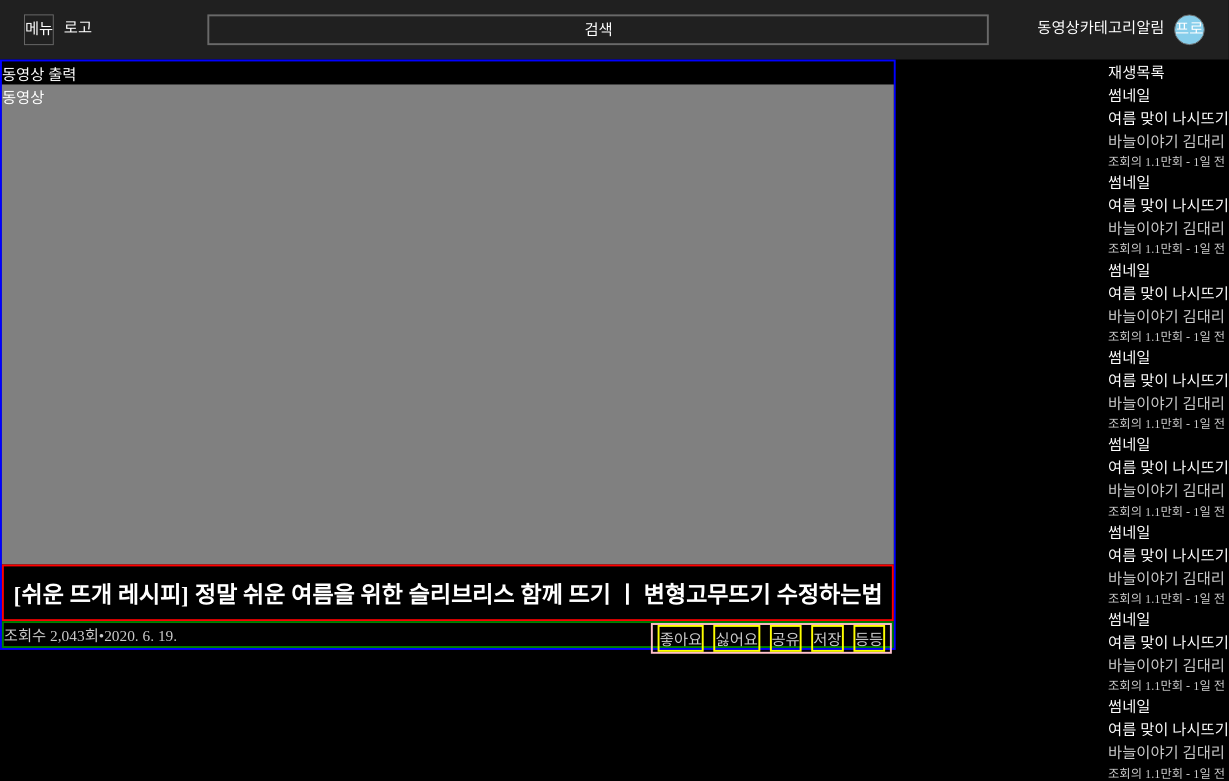
Repository: roseline0912/LikeLion
Page: YouTube_Clone/youtube.html
The author's editor kept a record of every edit. The page is drawn from the files as they stood at one moment, then again after the next edit.
The browser window is 1280 px wide. The pictures show the whole page, at 96% of full size.

Above is the page before.

### YouTube_Clone/youtube.html
<!DOCTYPE html>
<html lang="en">
<head>
    <meta charset="UTF-8">
    <meta name="viewport" content="width=device-width, initial-scale=1.0">
    <meta http-equiv="X-UA-Compatible" content="ie=edge">
    <link rel="stylesheet" href="youtube.css" type="text/css" />
    <title>My YouTube</title>
</head>
<body>
    <nav class="nav-global">
        <div class="nav-item">메뉴</div>
        <div class="nav-logo">로고</div>
        <div class="nav-search">검색</div>
        <div class="nav-video">동영상</div>
        <div class="nav-category">카테고리</div>
        <div class="nav-alarm">알림</div>
        <div class="nav-profile nav-item">프로필</div>
    </nav>

    <div class="container">
    <section class="left-section">동영상 출력
    <div class="video-area">동영상</div>
    <div class="video-title">[쉬운 뜨개 레시피] 정말 쉬운 여름을 위한 슬리브리스 함께 뜨기 ㅣ 변형고무뜨기 수정하는법</div>
    <div class="video-info">
        <div class="video-viewcount">조회수 2,043회•2020. 6. 19.</div>
        <div class="video-info_btn_container">
            <div class="btn-like">좋아요</div>
            <div class="btn-hate">싫어요</div>
            <div class="btn-share">공유</div>
            <div class="btn-save">저장</div>
            <div class="btn-etc">등등</div>
        </div>
    </div>
    </section>

    <section class="right-section">재생목록
    <div class="list-item">
        <div class="list-thumbnail">썸네일</div>
        <div class="list-title">여름 맞이 나시뜨기</div>
        <div class="list-author">바늘이야기 김대리</div>
        <div class="list-info">조회의 1.1만회 - 1일 전</div>
    </div>
    <div class="list-item">
        <div class="list-thumbnail">썸네일</div>
        <div class="list-title">여름 맞이 나시뜨기</div>
        <div class="list-author">바늘이야기 김대리</div>
        <div class="list-info">조회의 1.1만회 - 1일 전</div>
    </div>
    <div class="list-item">
        <div class="list-thumbnail">썸네일</div>
        <div class="list-title">여름 맞이 나시뜨기</div>
        <div class="list-author">바늘이야기 김대리</div>
        <div class="list-info">조회의 1.1만회 - 1일 전</div>
    </div>
    <div class="list-item">
        <div class="list-thumbnail">썸네일</div>
        <div class="list-title">여름 맞이 나시뜨기</div>
        <div class="list-author">바늘이야기 김대리</div>
        <div class="list-info">조회의 1.1만회 - 1일 전</div>
    </div>
    <div class="list-item">
        <div class="list-thumbnail">썸네일</div>
        <div class="list-title">여름 맞이 나시뜨기</div>
        <div class="list-author">바늘이야기 김대리</div>
        <div class="list-info">조회의 1.1만회 - 1일 전</div>
    </div>
    <div class="list-item">
        <div class="list-thumbnail">썸네일</div>
        <div class="list-title">여름 맞이 나시뜨기</div>
        <div class="list-author">바늘이야기 김대리</div>
        <div class="list-info">조회의 1.1만회 - 1일 전</div>
    </div>
    <div class="list-item">
        <div class="list-thumbnail">썸네일</div>
        <div class="list-title">여름 맞이 나시뜨기</div>
        <div class="list-author">바늘이야기 김대리</div>
        <div class="list-info">조회의 1.1만회 - 1일 전</div>
    </div>
    <div class="list-item">
        <div class="list-thumbnail">썸네일</div>
        <div class="list-title">여름 맞이 나시뜨기</div>
        <div class="list-author">바늘이야기 김대리</div>
        <div class="list-info">조회의 1.1만회 - 1일 전</div>
    </div>
    </section>
    </div>
</body>
</html>

### YouTube_Clone/youtube.css
body{
    background-color:black;
    color:white;
    margin:0;
}

.nav-global{
    display:flex;
    background-color:#202020;
    padding:15px;
}

.nav-search{
    flex:1;   /*다른 태그들이 차지하는 공간을 제외하고 모든 공간을 차지함.*/
    border:2px solid dimgray;
    margin: 0 50px;
    text-align:center;
}

.nav-item, nav-logo{
    border:1px solid dimgray;
}

.nav-item{
    margin:0 10px;
}

.nav-logo{
    width:100px;
}

.nav-profile{
    width:30px;
    height:30px;
    border-radius:50%; /*일반적으로 원을 만들때는 정사각형을 만들고 radius 50%를 사용합니다.*/
    background-color:skyblue;
    overflow:hidden; /*얘는 우리가 정해놓은 사이즈를 내부 내용이 넘어가면 숨기겠다라는 속성입니다. 이 외에도 scroll도있습니다*/
}

.container .left-section{
    border: 2px solid blue;
    display: inline-block;
    /*width: 28%;*/
    min-height:600px;
    flex:6;
}

.container .right-section{
    float: right;
    flex:4;
}

.video-area{
    height:500px;
    background-color:grey;
}

.video-title{
    border:2px solid red;
    padding:10px;
    font-weight:bold;
    font-size:1.5rem;
}

.video-info{
    border:2px solid green;
    color:#ccc;     /* viedo_info클래스 밑에 있는 클래스들은 모두 글자색이 회색이므로
                    상위 클래스에 속성을 부여해 하위 클래스까지 영향을 주도록했습니다.*/

    display: flex;   /*이렇게 작성을 해주면 하위 div가 block이지만 우리들 마음대로 다루기 편해집니다.*/

    position: relative; /*기준점이 videoinfo박스(초록색박스)가 되므로 relative설정을 해줍니다.*/
}

.view-viewcount{
    border:2px solid yellow;
}

.video-info_btn_container{
    border: 2px solid pink;
    display: flex;

    position: absolute; /*btn container를 info box기준으로 오른쪽에 위치시키기위해 absolute속성을 이용했습니다.*/
    right:0;
    top:0;


}

.video-info_btn_container div{
    margin:0 5px;
    border:2px solid yellow;
}

.list_item div {
    border:green 1px solid;  /*임시 border를 만들어서 보기편하게 해줍니다.*/
}
.list_item{
    padding:10px;         /*listing되는 item들은 안쪽으로 여백이 있으니 padding값을 줍니다.*/
}
.list_thumbnail{
    height:100px;        /*사진의 높이는 100px정도로 잡고*/
    width: 40%;          /*넓이를 right_section기준 40%로 잡아줍니다.(반응형을 위해)*/
    background-color: grey; /*grey 배경색을 깔아주고*/
    float: left;            /*위에서 사용했던 float속성을 이용해서 썸네일이 왼쪽에 둥 떠있게 해줍니다.*/
    display: inline-block;  /*그리고 한줄에 여러개의 요소가 들어오므로 inline-block*/
    margin-right: 10px;     /*썸네일과 오른쪽 정보간의 간격 10px만큼줬습니다.*/
}
.list_title{
    font-weight: bold;    /*제목은 두껍게 처리를 해주었습니다.*/
    width:55%;            /*그리고 썸네일이 쓰고 남은 section기준 width 60%중에서 여유롭게 55%만 차지하도록 해줍니다.*/
    display: inline-block;  /*썸에일 오른쪽에 제목이 위치해야 하므로 inline-block*/

}
.list-author{
    color:#ccc;      /*작성자의 색깔은 회색입니다.*/
}
.list-info{
    font-size:0.8rem;   /*조회수 및 게시일은 작성자보다 조금 작은 0.8배로 크기를 지정했습니다.*/
    color:#ccc;
}

After the next edit:
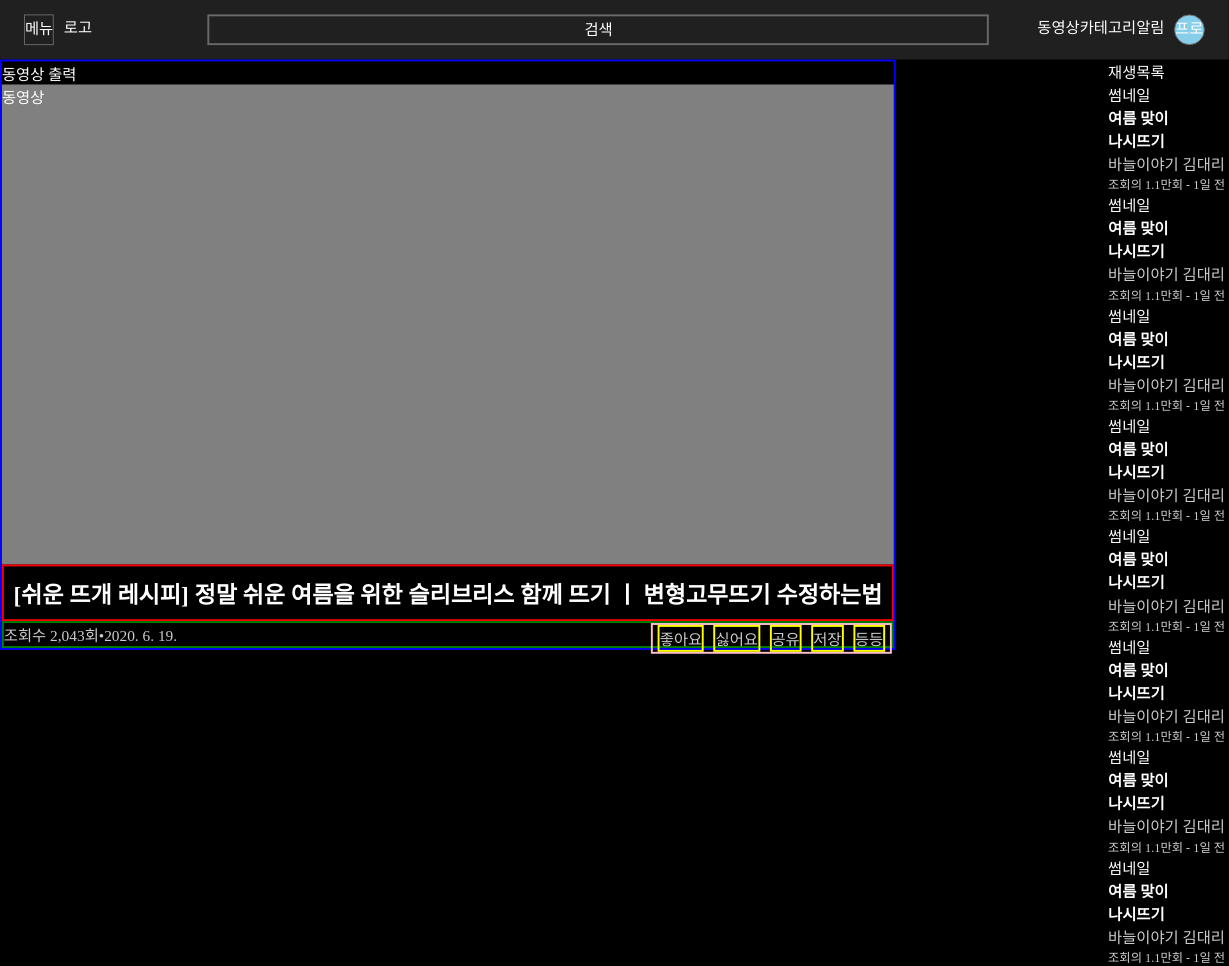
The edit:
--- a/YouTube_Clone/youtube.css
+++ b/YouTube_Clone/youtube.css
@@ -106,7 +106,7 @@
     display: inline-block;  /*그리고 한줄에 여러개의 요소가 들어오므로 inline-block*/
     margin-right: 10px;     /*썸네일과 오른쪽 정보간의 간격 10px만큼줬습니다.*/
 }
-.list_title{
+.list-title{
     font-weight: bold;    /*제목은 두껍게 처리를 해주었습니다.*/
     width:55%;            /*그리고 썸네일이 쓰고 남은 section기준 width 60%중에서 여유롭게 55%만 차지하도록 해줍니다.*/
     display: inline-block;  /*썸에일 오른쪽에 제목이 위치해야 하므로 inline-block*/
